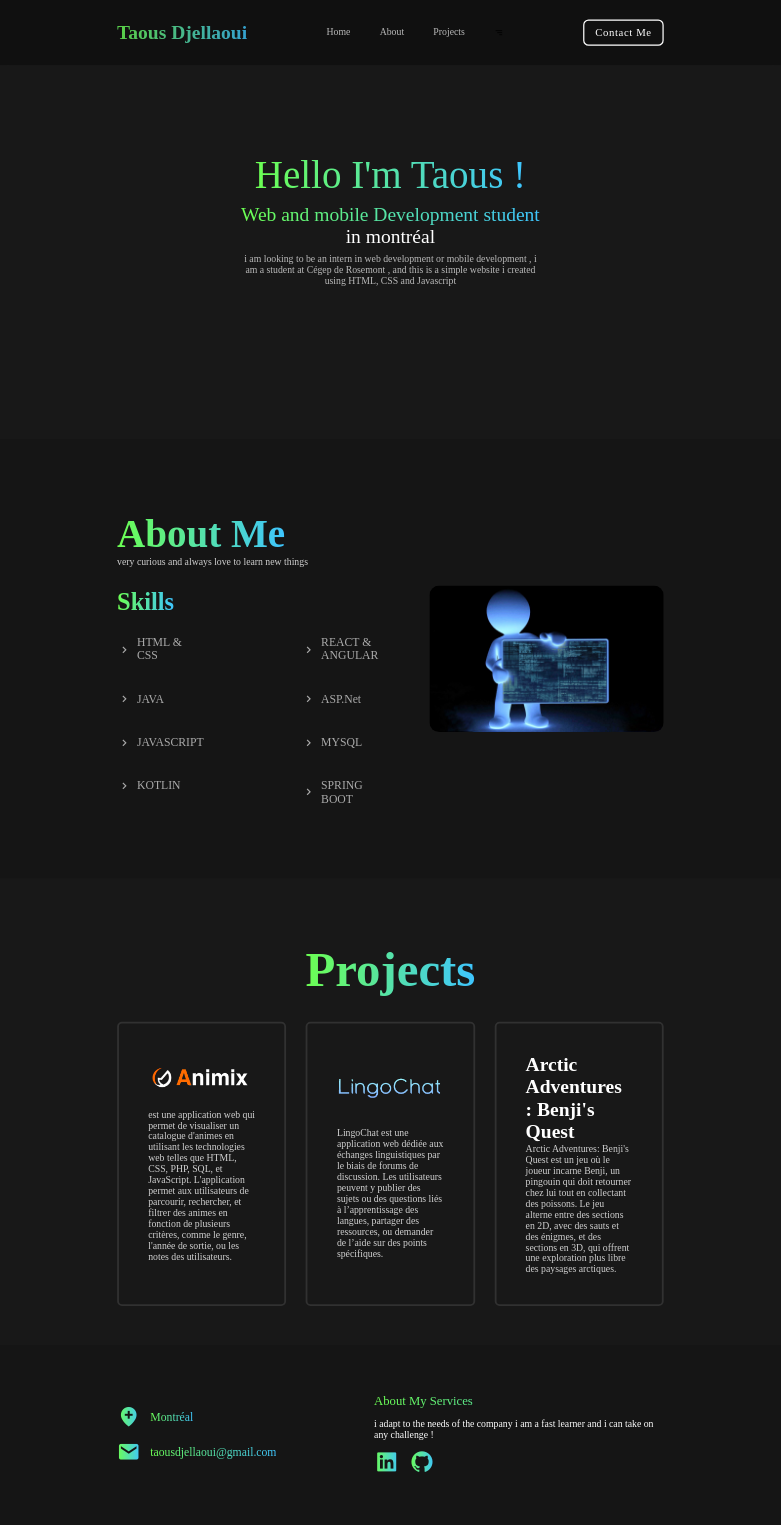
Repository: taousdjellaoui/portfolio-
Page: index.html
An editor plug-in stored every save of this project. The page is shown before and after the next save, followed by the edit.
The browser window is 1280 px wide. The pictures show the whole page, at 61% of full size.

Above is the page before, as saved 2024-10-09 20:55:09.

After the next save:
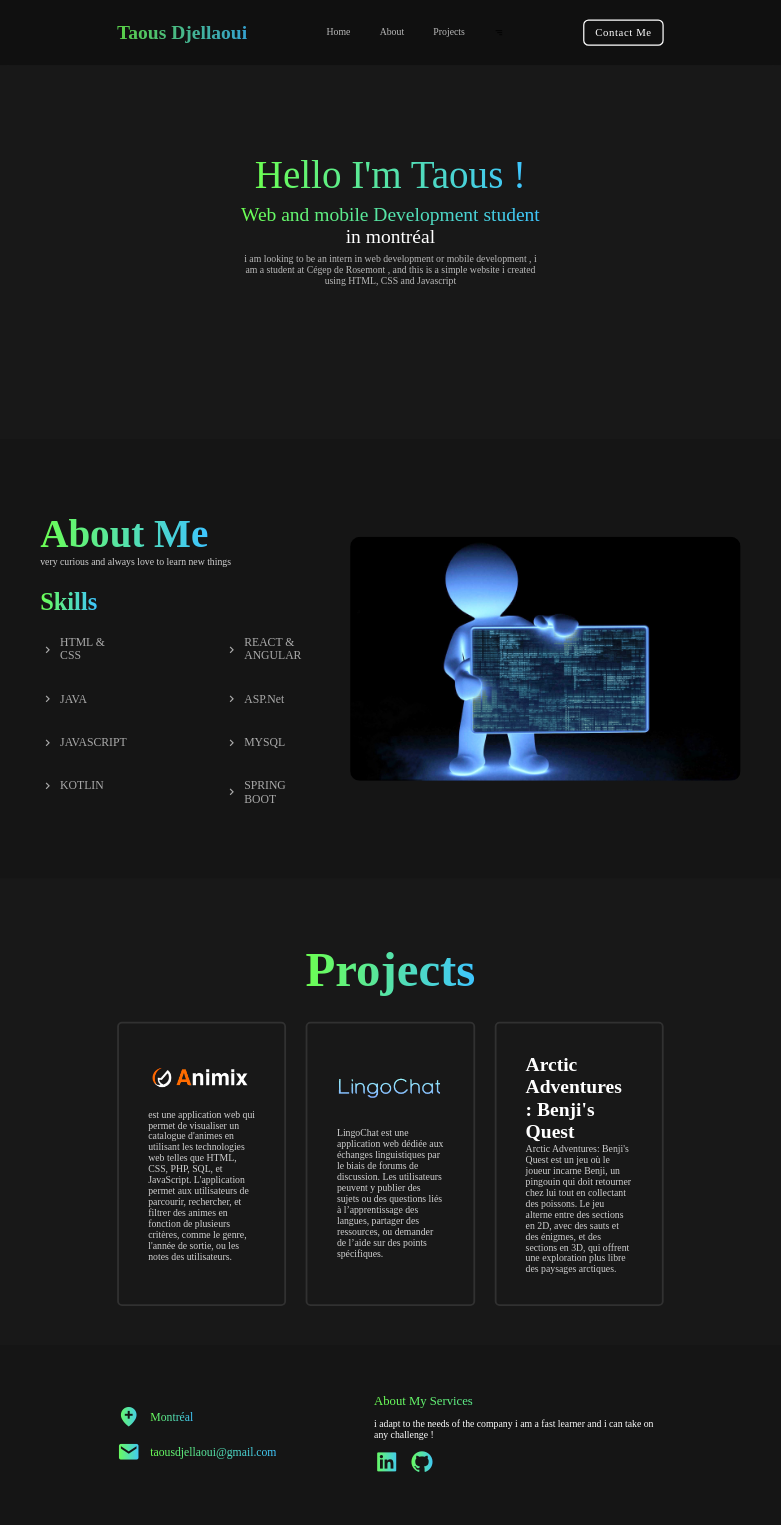
Saved 18 s later.
--- a/css/style.css
+++ b/css/style.css
@@ -148,7 +148,7 @@
 
 }
 #about img{
-  width: 30vw;
+  width: 50vw;
   border-radius:1em;
 
 }
